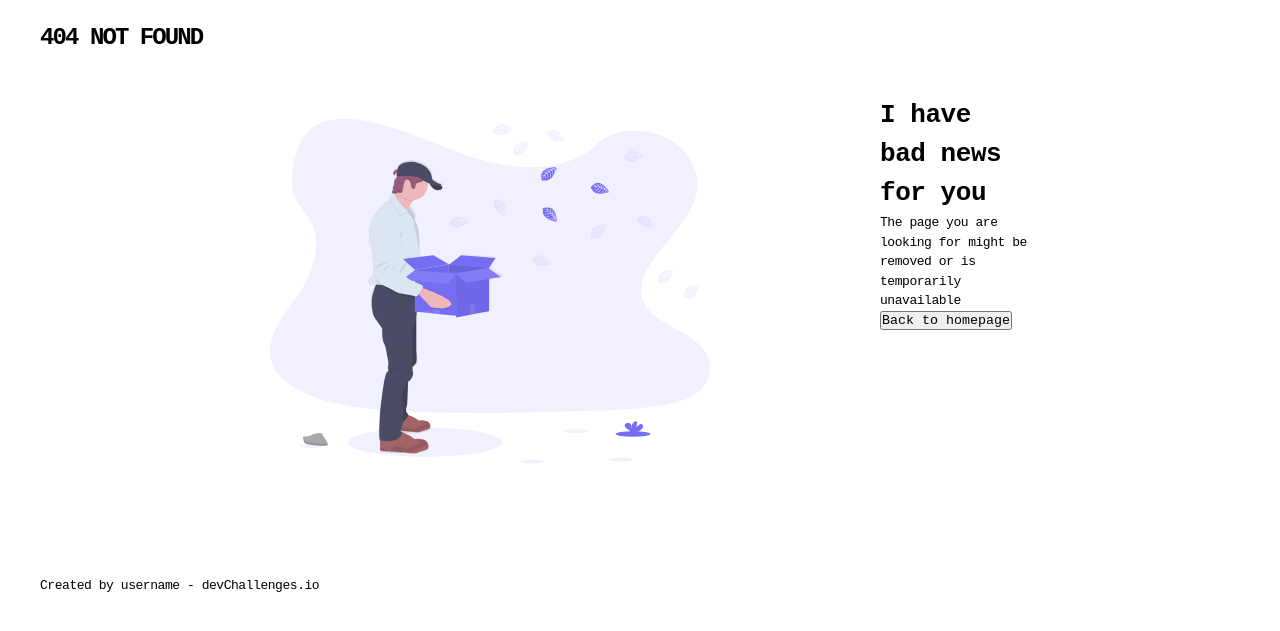
Repository: georgisenze/404-not-found-challeng
Page: index.html
An editor plug-in stored every save of this project. The page is shown before and after the next save, followed by the edit.
The browser window is 1280 px wide. The pictures show the whole page.

Above is the page before, as saved 2023-02-21 07:07:05.

After the next save:
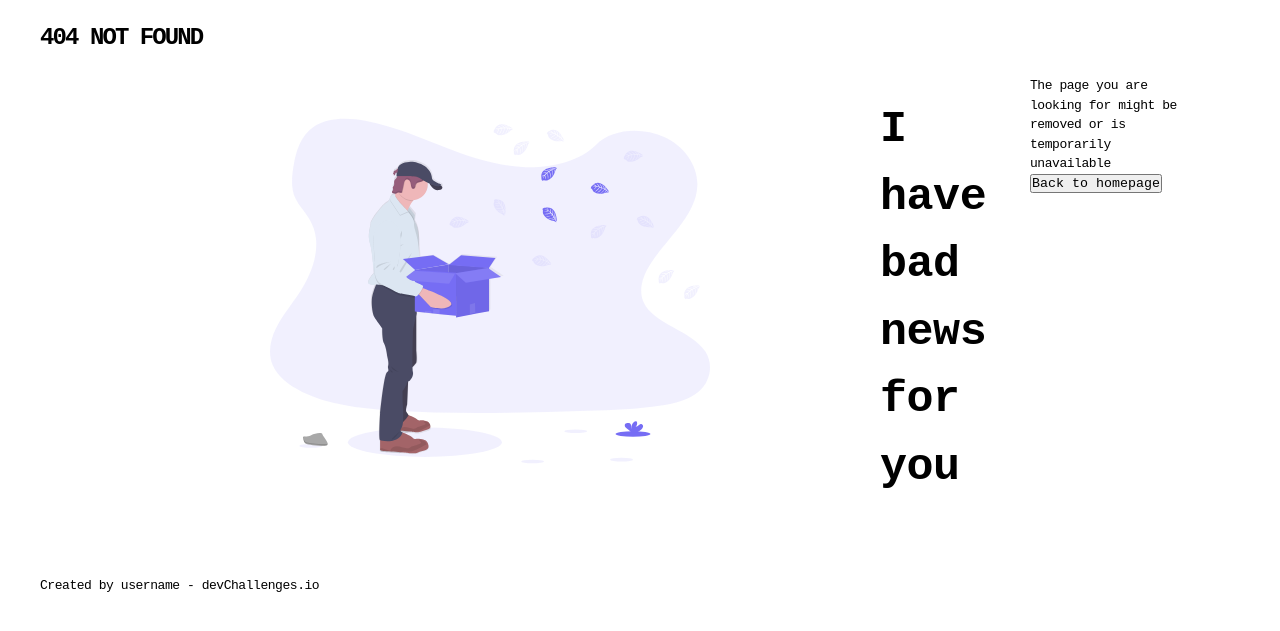
Saved 10 s later.
--- a/assets/css/style.css
+++ b/assets/css/style.css
@@ -54,4 +54,7 @@ header p {
 
 .col-2 h1{
     padding-top: 20px;
+    font-weight: 700;
+    font-size: 45px;
+    margin-bottom: 30px;
 }
